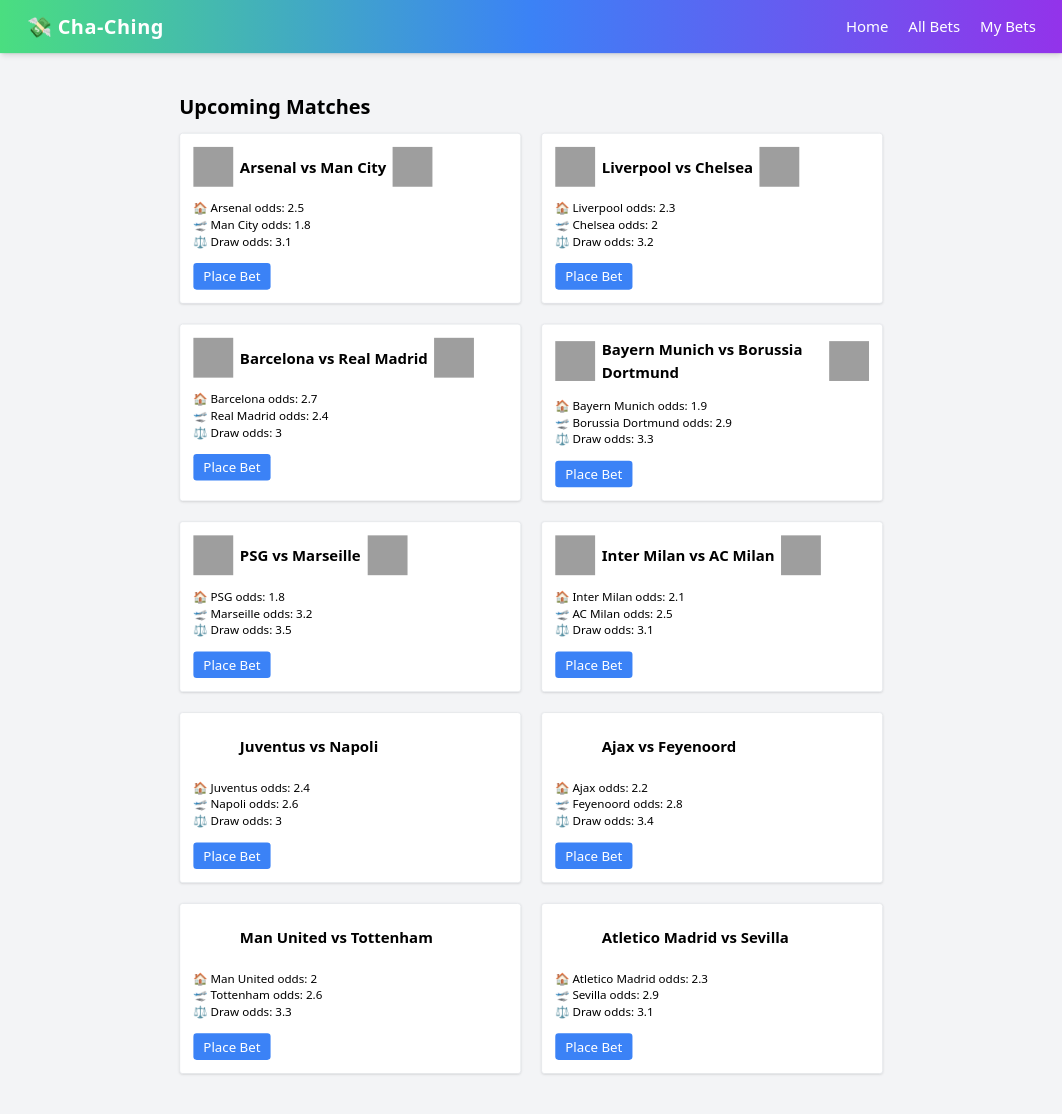
Repository: PEEZYBEE/cha-ching
Page: /bets
The author's editor kept a copy of each file at every save. The page is drawn from the files as they stood at one save, then again after the next save.
The browser window is 1280 px wide. The pictures show the whole page, at 83% of full size.
Pictures or frames that could not be fetched are drawn as grey boxes. The project was rebuilt for these pictures with package versions that can differ from the ones it lists, and the page was loaded fresh each time. Requests to the local data server were answered from the project's data file. Also part of the build but not shown: vite.config.js, src/pages/HomePage.jsx, src/components/BetForm.jsx, src/pages/MyBetsPage.jsx, src/pages/ResultsPage.jsx.

Above is the page before, as saved 2025-04-20 17:16:47.

After the next save:
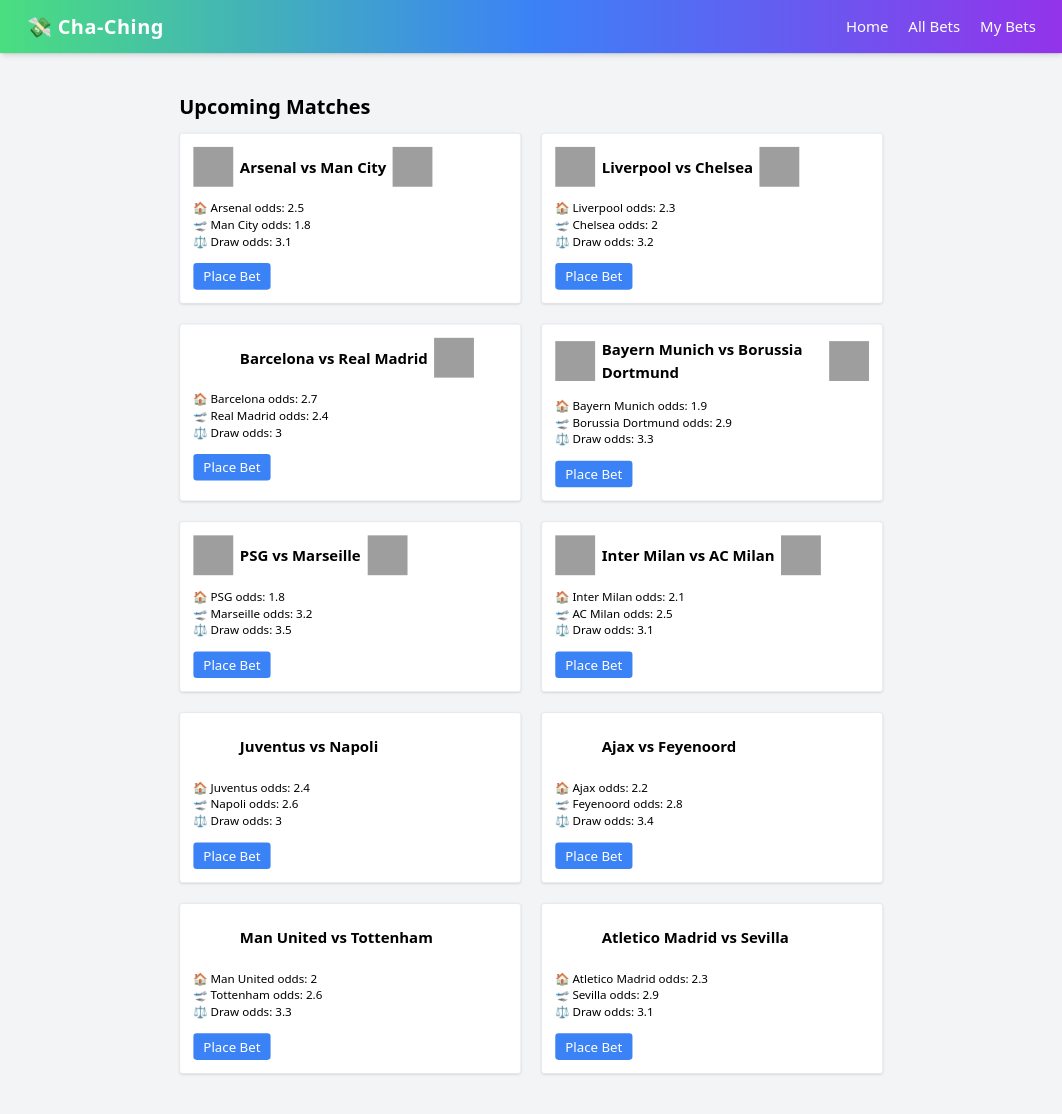
Saved 18 min 28 s later.
--- a/db.json
+++ b/db.json
@@ -25,7 +25,7 @@
     {
       "id": "3",
       "homeTeam": "Barcelona",
-      "homeTeamLogo": "https://upload.wikimedia.org/wikipedia/en/thumb/4/47/FC_Barcelona_%28crest%29.svg/240px-FC_Barcelona_%28crest%29.svg.png",
+      "homeTeamLogo": "",
       "awayTeam": "Real Madrid",
       "awayTeamLogo": "https://upload.wikimedia.org/wikipedia/en/5/56/Real_Madrid_CF.svg",
       "homeOdds": 2.7,

After the save that followed:
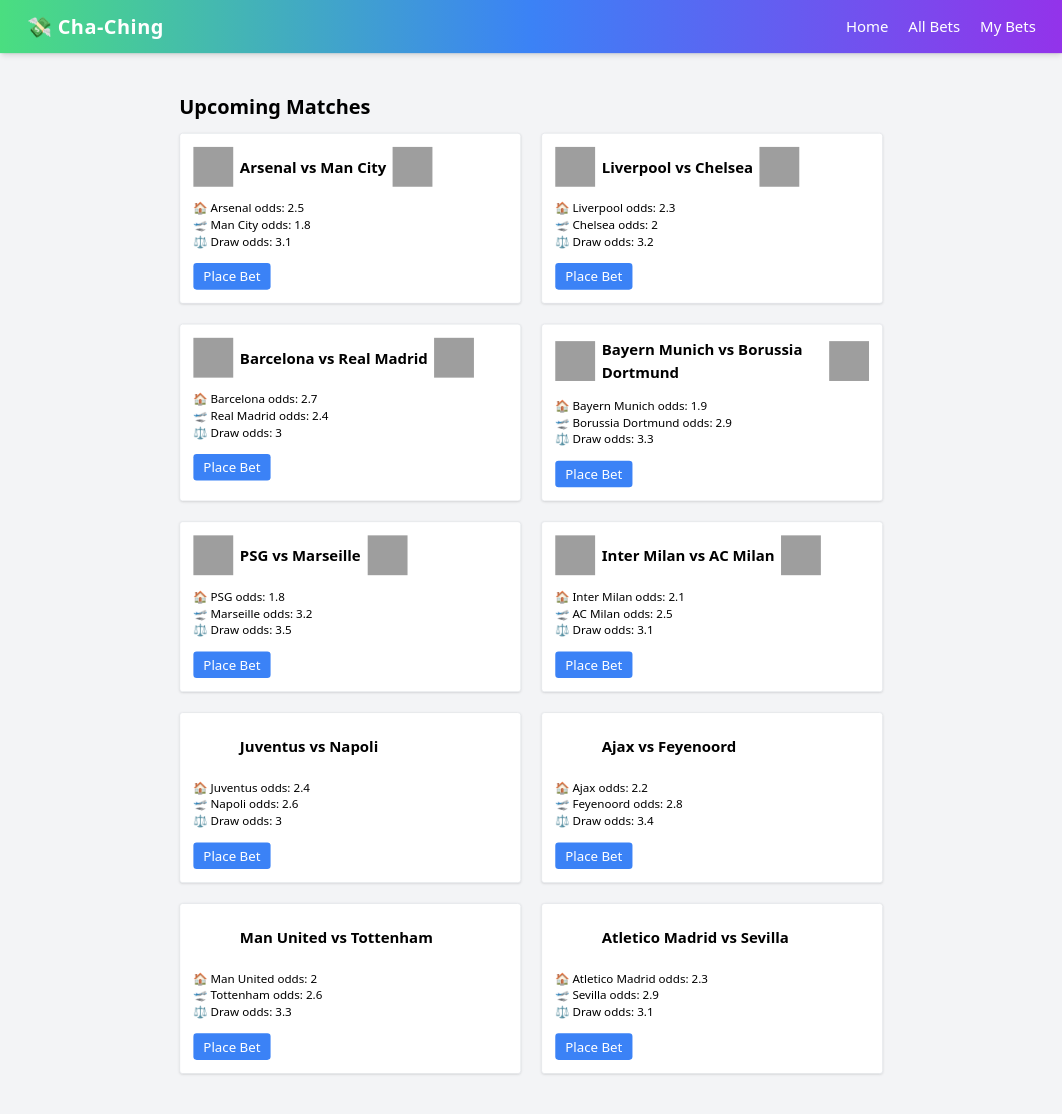
Saved 11 s later.
--- a/db.json
+++ b/db.json
@@ -25,7 +25,8 @@
     {
       "id": "3",
       "homeTeam": "Barcelona",
-      "homeTeamLogo": "",
+      "homeTeamLogo": "https://upload.wikimedia.org/wikipedia/en/thumb/4/47/FC_Barcelona_%28crest%29.svg/100px-FC_Barcelona_%28crest%29.svg.png
+",
       "awayTeam": "Real Madrid",
       "awayTeamLogo": "https://upload.wikimedia.org/wikipedia/en/5/56/Real_Madrid_CF.svg",
       "homeOdds": 2.7,
